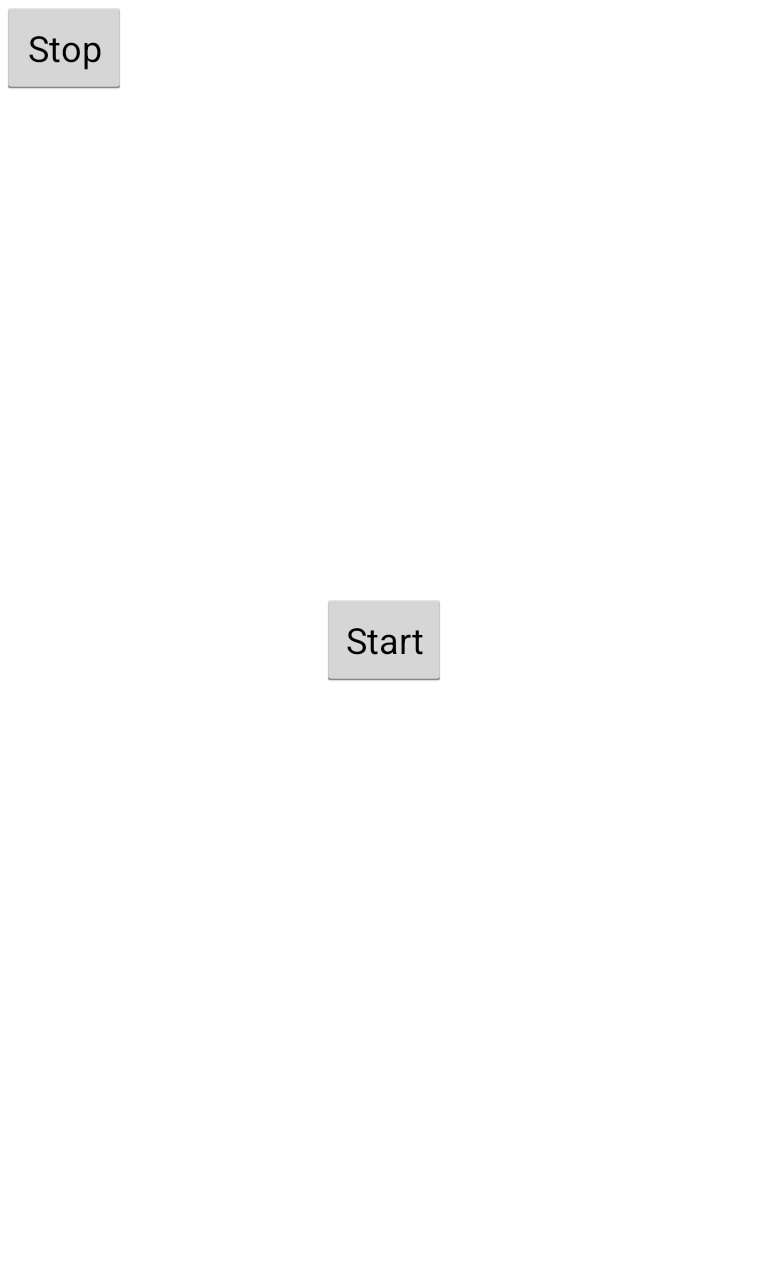
Repository: dm04806/Android-Development
Layout: AudioPlayer/res/layout/activity_main.xml
An editor plug-in stored every save of this project. The layout is shown before and after the next save, followed by the edit.
It is drawn on a 768 x 1280 px phone screen (xhdpi) without system bars, with theme AppTheme; the app's code is not run.

Above is the layout before, as saved 2013-02-19 02:53:46.

After the next save:
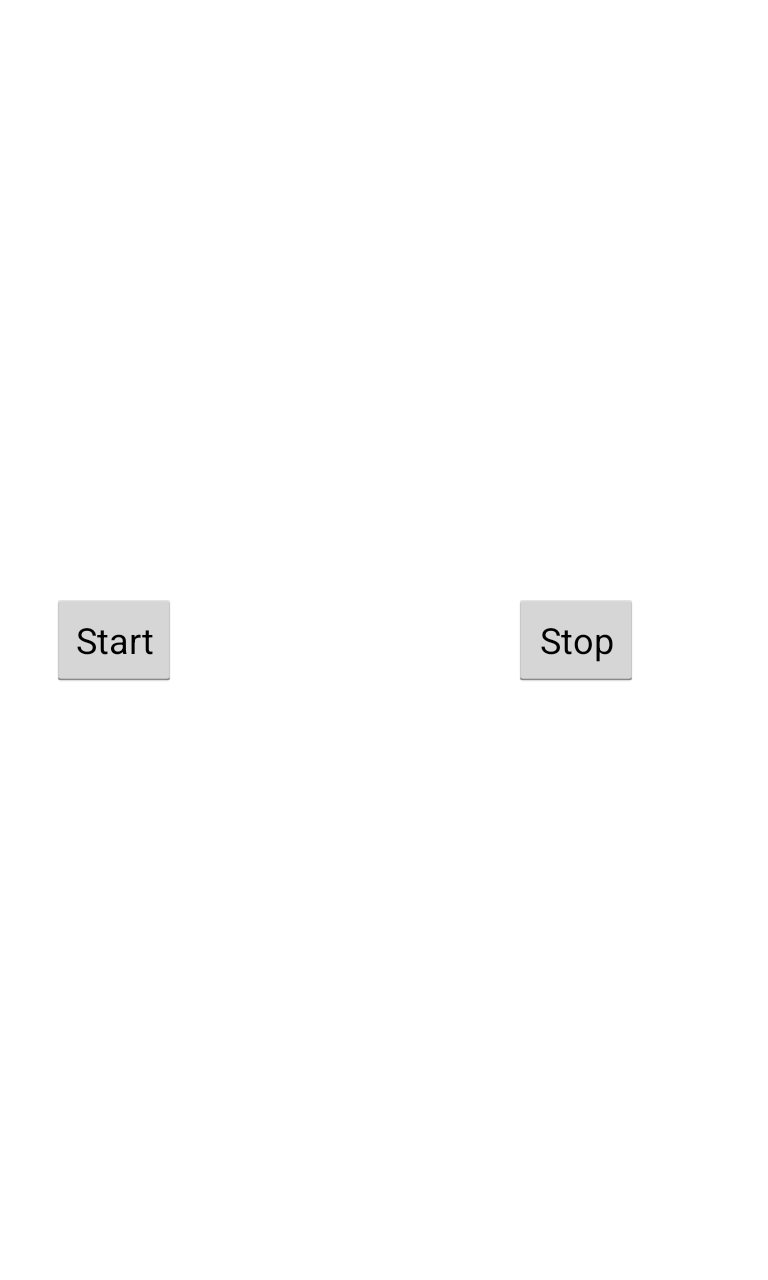
Saved 15 s later.
--- a/AudioPlayer/res/layout/activity_main.xml
+++ b/AudioPlayer/res/layout/activity_main.xml
@@ -8,17 +8,19 @@
         android:id="@+id/button1"
         android:layout_width="wrap_content"
         android:layout_height="wrap_content"
-        android:layout_centerHorizontal="true"
+        android:layout_alignParentLeft="true"
         android:layout_centerVertical="true"
-        android:text="Start"
-        android:onClick="onStart"/>
+        android:layout_marginLeft="25dp"
+        android:onClick="onStart"
+        android:text="Start" />
 
     <Button
         android:id="@+id/Button01"
         android:layout_width="wrap_content"
         android:layout_height="wrap_content"
-        android:layout_alignParentLeft="true"
-        android:layout_alignParentTop="true"
+        android:layout_alignParentRight="true"
+        android:layout_centerVertical="true"
+        android:layout_marginRight="64dp"
         android:onClick="onStop"
         android:text="Stop" />
 
